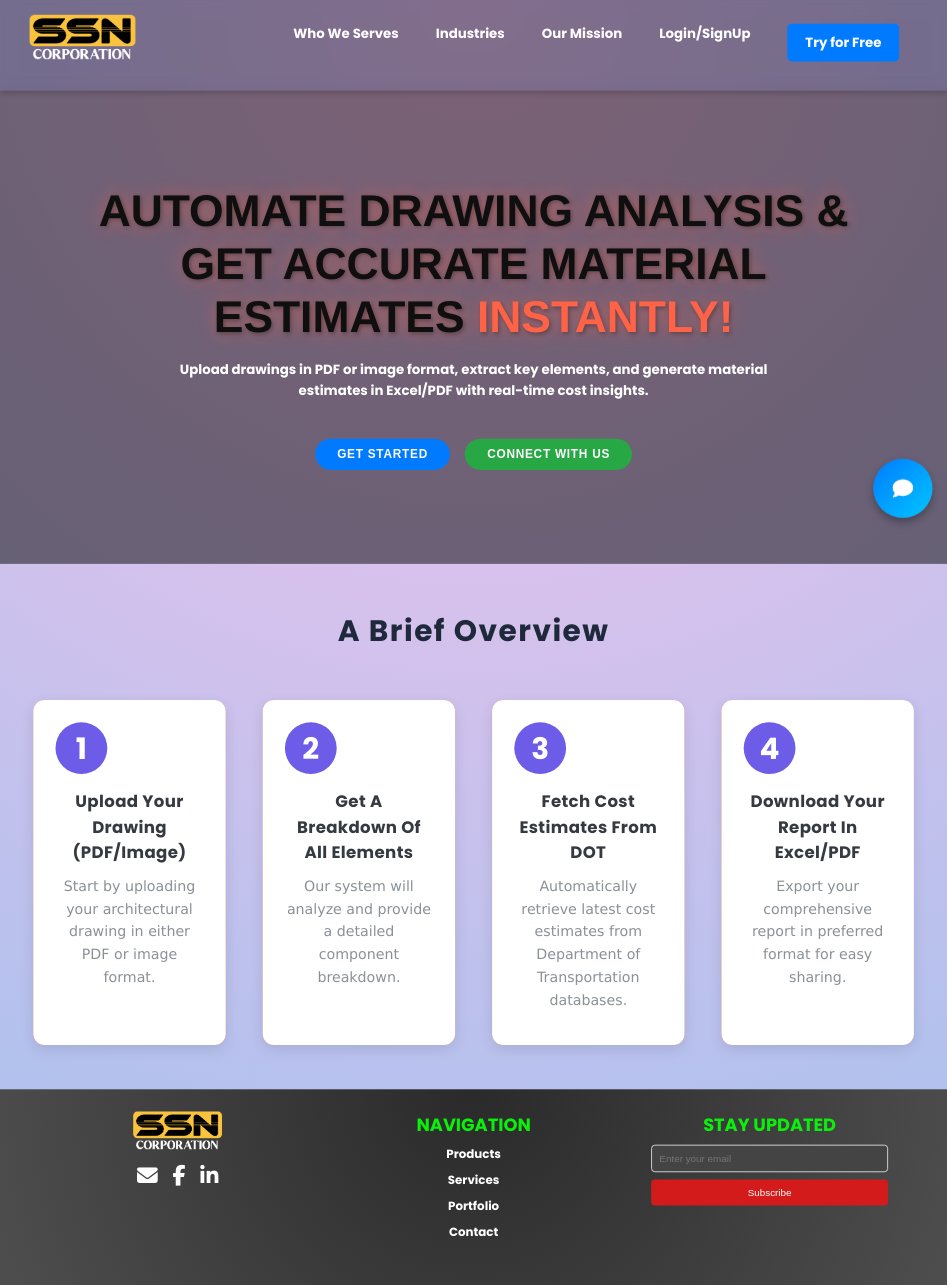
Repository: aabhashbasnet/SSNCorporation
Page: /
An editor plug-in stored every save of this project. The page is shown before and after the next save, followed by the edit.
The browser window is 1280 px wide. The pictures show the whole page, at 74% of full size.
The project was rebuilt for these pictures with package versions that can differ from the ones it lists, and the page was loaded fresh each time. Also part of the build but not shown: src/pages/OurMission/OurMission.jsx, src/pages/LoginSignUp/LoginSignUp.css, src/pages/LoginSignUp/LoginSignUp.jsx, src/pages/Industries/Industries.jsx, src/pages/Industries/Landscaping.jsx, src/pages/Industries/Paving.jsx, src/pages/Industries/GeneralConstruction.jsx, src/pages/Industries/FacilitiesMaintenance.jsx and 10 more.

Above is the page before, as saved 2025-02-11 14:55:31.

After the next save:
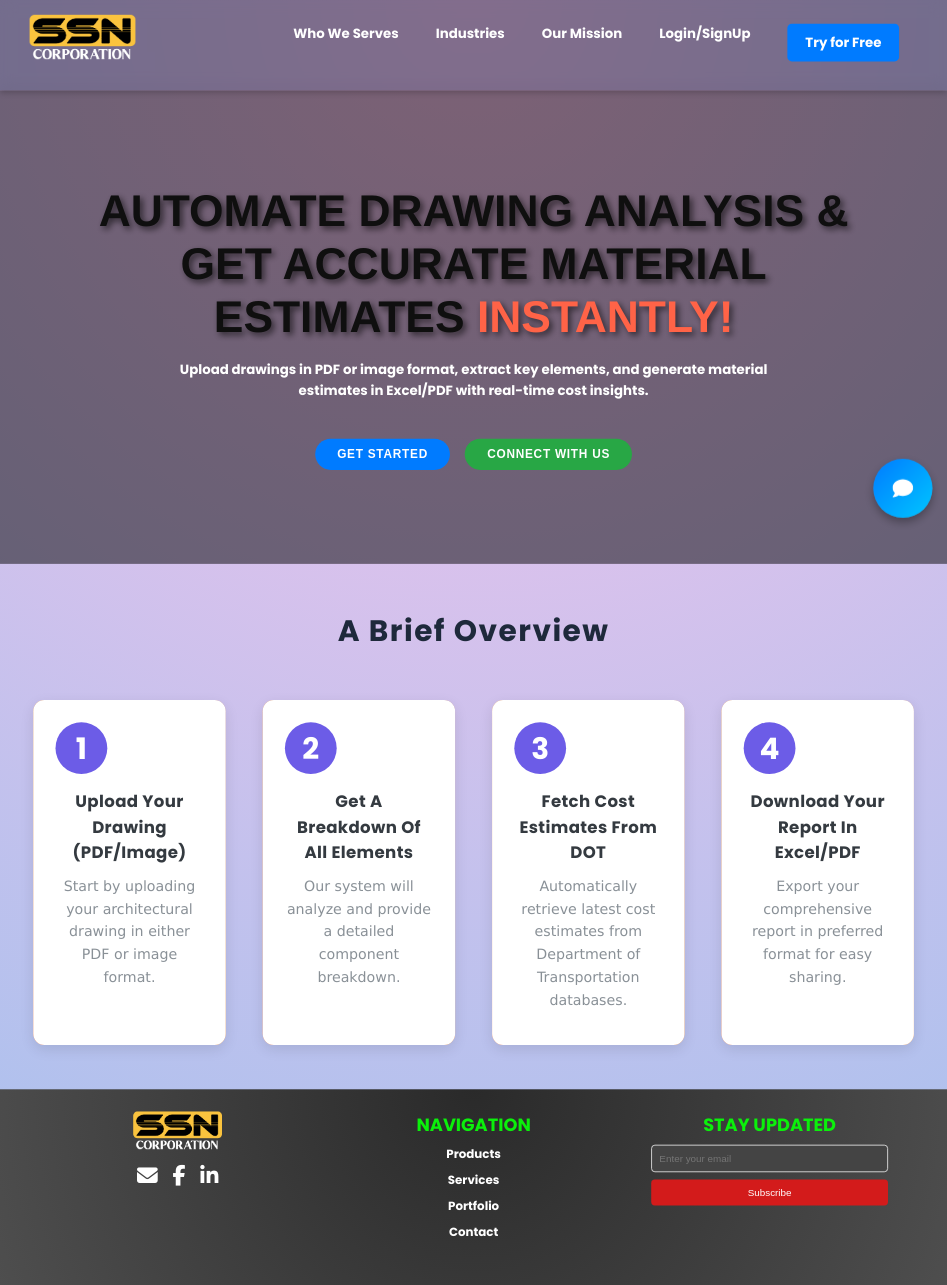
Saved 8 s later.
--- a/src/components/Main/Main.css
+++ b/src/components/Main/Main.css
@@ -37,6 +37,8 @@
   position: relative;
   max-width: 90%;
   text-shadow: 2px 2px 6px rgba(0, 0, 0, 0.3), 0 0 25px rgba(255, 99, 71, 0.5);
+  text-shadow: 4px 4px 8px rgba(0, 0, 0, 0.6);
+
 
 }
 
